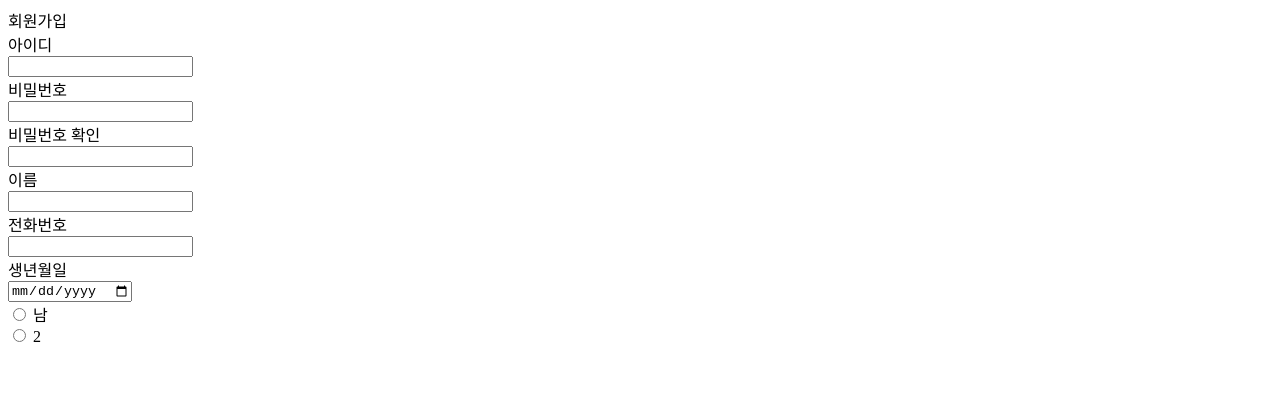
Repository: honsb91/project
Page: http://localhost/hospital/member/join.jsp
An editor plug-in stored every save of this project. The page is shown before and after the next save, followed by the edit.
The browser window is 1280 px wide. The pictures show the whole page.
The page is served by Tomcat 9. Nobody is signed in. The application's start-up code is not run.

Above is the page before, as saved 2024-01-25 03:54:40.

After the next save:
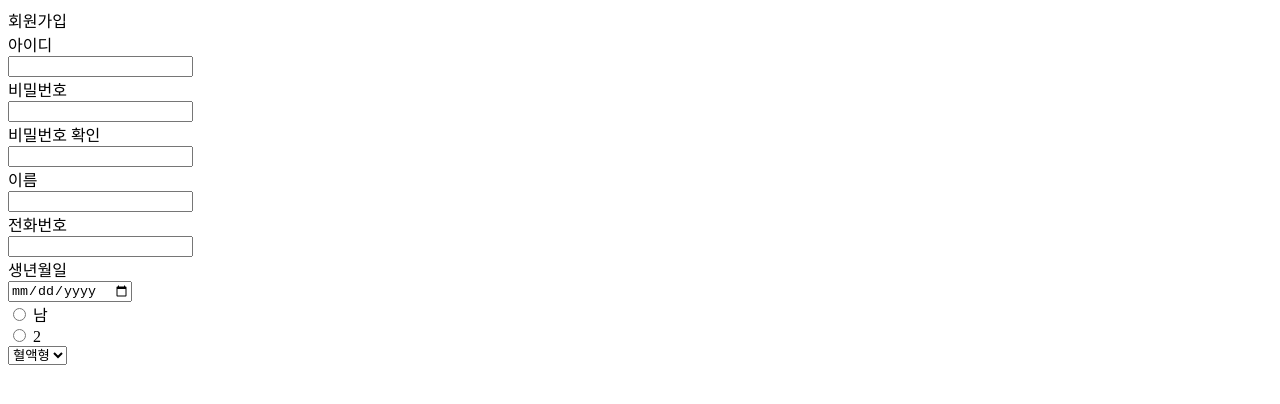
Saved 11 min 51 s later.
--- a/hospital/src/main/webapp/member/join.jsp
+++ b/hospital/src/main/webapp/member/join.jsp
@@ -63,6 +63,14 @@
   					<input class="form-check-input" type="radio" name="inlineRadioOptions" id="inlineRadio2" value="option2">
   					<label class="form-check-label" for="inlineRadio2">2</label>
 				</div>
+
+				<select class="form-select" aria-label="Default select example">
+  					<option selected>혈액형</option>
+  					<option value="1">A</option>
+  					<option value="2">B</option>
+  					<option value="3">O</option>
+  					<option value="4">AB</option>
+				</select>
 			</div>
 			</div>
 		</form>
